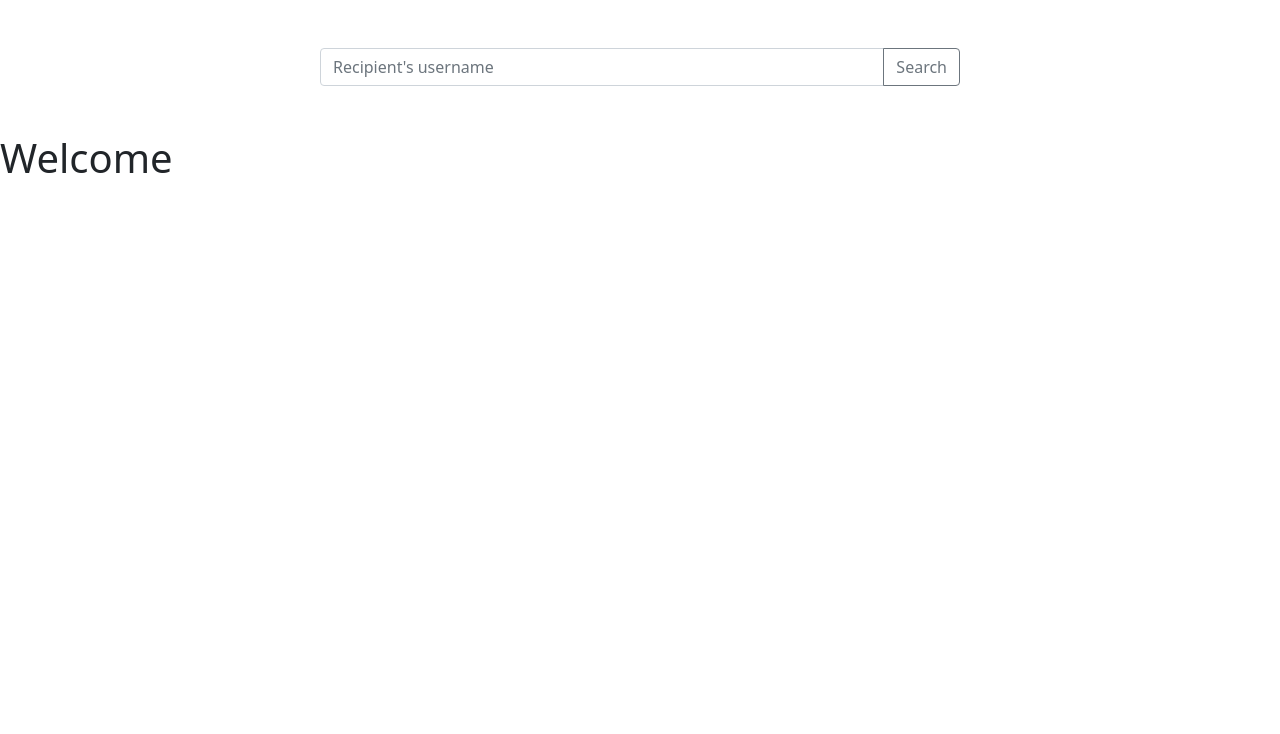
Repository: mehedi9465/PixaBay-Gallery
Page: index.html
An editor plug-in stored every save of this project. The page is shown before and after a run of saves, followed by the edit.
The browser window is 1280 px wide. The pictures show the whole page.

Above is the page before, as saved 2023-05-09 15:16:29.

### index.html
<!DOCTYPE html>
<html lang="en">
  <head>
    <meta charset="UTF-8" />
    <meta http-equiv="X-UA-Compatible" content="IE=edge" />
    <meta name="viewport" content="width=device-width, initial-scale=1.0" />
    <title>Pixabay</title>
    <link
      rel="shortcut icon"
      href="https://pixabay.com/favicon-32x32.png"
      type="image/x-icon"
    />
    <link
      href="https://cdn.jsdelivr.net/npm/bootstrap@5.1.1/dist/css/bootstrap.min.css"
      rel="stylesheet"
      integrity="sha384-F3w7mX95PdgyTmZZMECAngseQB83DfGTowi0iMjiWaeVhAn4FJkqJByhZMI3AhiU"
      crossorigin="anonymous"
    />
    <script
      src="https://cdn.jsdelivr.net/npm/bootstrap@5.1.1/dist/js/bootstrap.bundle.min.js"
      integrity="sha384-/bQdsTh/da6pkI1MST/rWKFNjaCP5gBSY4sEBT38Q/9RBh9AH40zEOg7Hlq2THRZ"
      crossorigin="anonymous"
    ></script>
    <link rel="stylesheet" href="css/style.css" />
  </head>
  <body>
    <main>
    <div class="input-group mt-5 mb-5 w-50 mx-auto overflow-hidden">
        <input type="text" class="form-control" placeholder="Recipient's username" aria-label="Recipient's username" aria-describedby="button-addon2" id="InputField">
        <button class="btn btn-outline-secondary" type="button" id="button-addon2">Search</button>
    </div>
    <div class="position-relative" style="height: 80vh;">
        <div class="text-center position-absolute ">
            <h1>Welcome</h1>
        </div>
    </div>
    <div id="details" class="text-center mb-5 position-relative overflow-auto">

    </div>

    <div id="image-Container" class="row row-cols-1 row-cols-md-4 g-4 overflow-hidden">

    </div>
</main>

    <!-- <main>
      <div class="position-relative" style="height: 80vh">
        <div
          class="text-center fs-1 position-absolute top-50 bottom-50 start-0 end-0 m-auto"
        >
          <h1 id="welcometxt" class="text-center fs-1">
            Welcome to Pixabay Gallery
          </h1>
          <div class="input-group mt-5 mb-5 w-50 mx-auto overflow-hidden">
            <input
              type="text"
              class="form-control"
              placeholder="Recipient's username"
              aria-label="Recipient's username"
              aria-describedby="button-addon2"
              id="InputField"
            />
            <button
              class="btn btn-outline-secondary"
              type="button"
              id="button-addon2"
            >
              Search
            </button>
          </div>
        </div>
      </div>

      <div
        id="details"
        class="text-center mb-5 position-relative overflow-auto"
      ></div>

      <div
        id="image-Container"
        class="row row-cols-1 row-cols-md-4 g-4 overflow-hidden"
      ></div>
    </main> -->

    <script src="js/script.js"></script>
  </body>
</html>

### css/style.css
.col img{
    width: 450px;
    height: 350px;
    object-fit: cover;
}

### js/script.js
const KEY = "12991928-c7c6409774c494db9971343c7";
let dataList = [];

const getData = (query) => {
  fetch(
    `https://pixabay.com/api/?key=${KEY}&q=${query}&image_type=photo&pretty=true`
  )
    .then((response) => response.json())
    .then((data) => loadData(data.hits))
    .catch((err) => console.log(err));
};

document.getElementById("button-addon2").addEventListener("click", () => {
  const inputValue = document.getElementById("InputField").value;
  getData(inputValue);
});

const loadData = (datas) => {
  dataList = [...datas];
  if (datas.length === 0) {
    alert("No result found");
    return;
  }
  const imageContainer = document.getElementById("image-Container");
  imageContainer.innerHTML = "";
  datas.forEach((data) => {
    let imgSerial = datas.indexOf(data);
    const appendDiv = document.createElement("div");
    appendDiv.innerHTML = `
        <div id="image" class="col text-center" onclick="loadDetails('${data.largeImageURL}', '${imgSerial}')">
            <img src="${data.largeImageURL}" class="card-img-top" alt="...">
        </div>
        `;
    imageContainer.appendChild(appendDiv);
  });
};

const detailDiv = document.getElementById("details");

document.getElementById("InputField").addEventListener("click", () => {
  document.getElementById("InputField").value = "";
});

const loadDetails = (data, imgSerial) => {
  // console.log(imgSerial);
  const img = document.createElement("img");
  img.setAttribute("src", data);

  const nextBTN = document.createElement("span");
  // nextBTN.innerHTML = `<button class="btn btn-secondary border-0 outline-0">Next</button>`
  nextBTN.innerHTML = `<img src="https://cdn-icons-png.flaticon.com/512/892/892528.png" width='80' class="position-absolute end-0 top-50 bottom-50 m-auto cursor-pointer" alt="..." onclick="onNext('${imgSerial}')" />`;

  const prevBTN = document.createElement("span");
  // prevBTN.innerHTML = `<button class="btn btn-secondary border-0 outline-0">Prev</button>`
  prevBTN.innerHTML = `<img src="https://cdn-icons-png.flaticon.com/512/892/892512.png" width='80' class="position-absolute start-0 top-50 bottom-50 m-auto cursor-pointer" alt="..." onclick="onPrev('${imgSerial}')" />`;

  detailDiv.innerHTML = "";
  detailDiv.append(prevBTN);
  detailDiv.appendChild(img);
  detailDiv.append(nextBTN);
};

const onNext = (imgSerial) => {
  if (imgSerial >= 0 && imgSerial <= 18) {
    imgSerial++;
    const data = dataList[imgSerial];
    loadDetails(data.largeImageURL, imgSerial);
  } else if (imgSerial == 19) {
    imgSerial = 0;
    const data = dataList[imgSerial];
    loadDetails(data.largeImageURL, imgSerial);
  }
};

const onPrev = (imgSerial) => {
  if (imgSerial <= 19 && imgSerial >=1) {
    imgSerial--;
    const data = dataList[imgSerial];
    loadDetails(data.largeImageURL, imgSerial);
  } else if (imgSerial == 0) {
    imgSerial = 19;
    const data = dataList[imgSerial];
    loadDetails(data.largeImageURL, imgSerial);
  }
};

// const nextBTN = ' <span><img class="border-0 outline-0" src="https://cdn-icons-png.flaticon.com/512/892/892512.png" alt="Prev" width="200"></span>'
// const prevBTN = '<span><img src="https://cdn-icons-png.flaticon.com/512/892/892528.png" alt="Next" width="200"></span>'

After the next 2 saves:
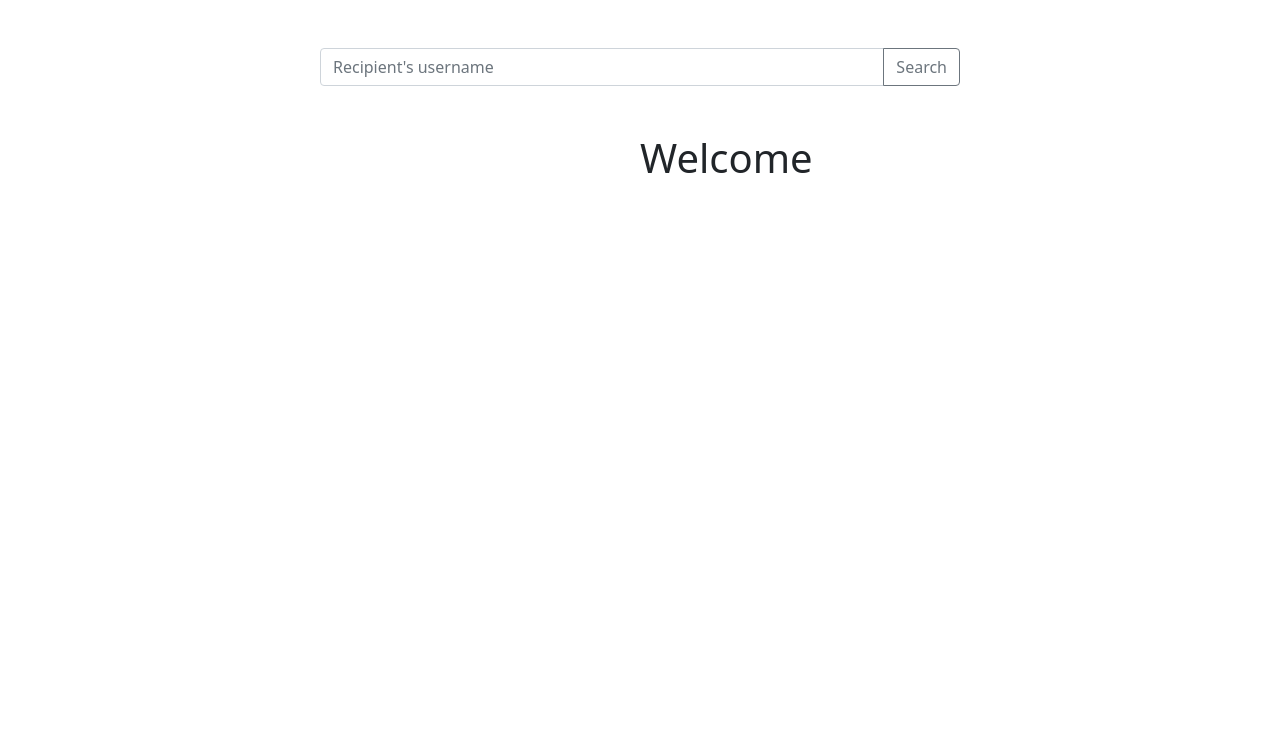
The 2 saves are shown as one change because they came seconds apart.
The last was saved 5 s later.
--- a/index.html
+++ b/index.html
@@ -30,7 +30,7 @@
         <button class="btn btn-outline-secondary" type="button" id="button-addon2">Search</button>
     </div>
     <div class="position-relative" style="height: 80vh;">
-        <div class="text-center position-absolute ">
+        <div class="text-center position-absolute start-50">
             <h1>Welcome</h1>
         </div>
     </div>
